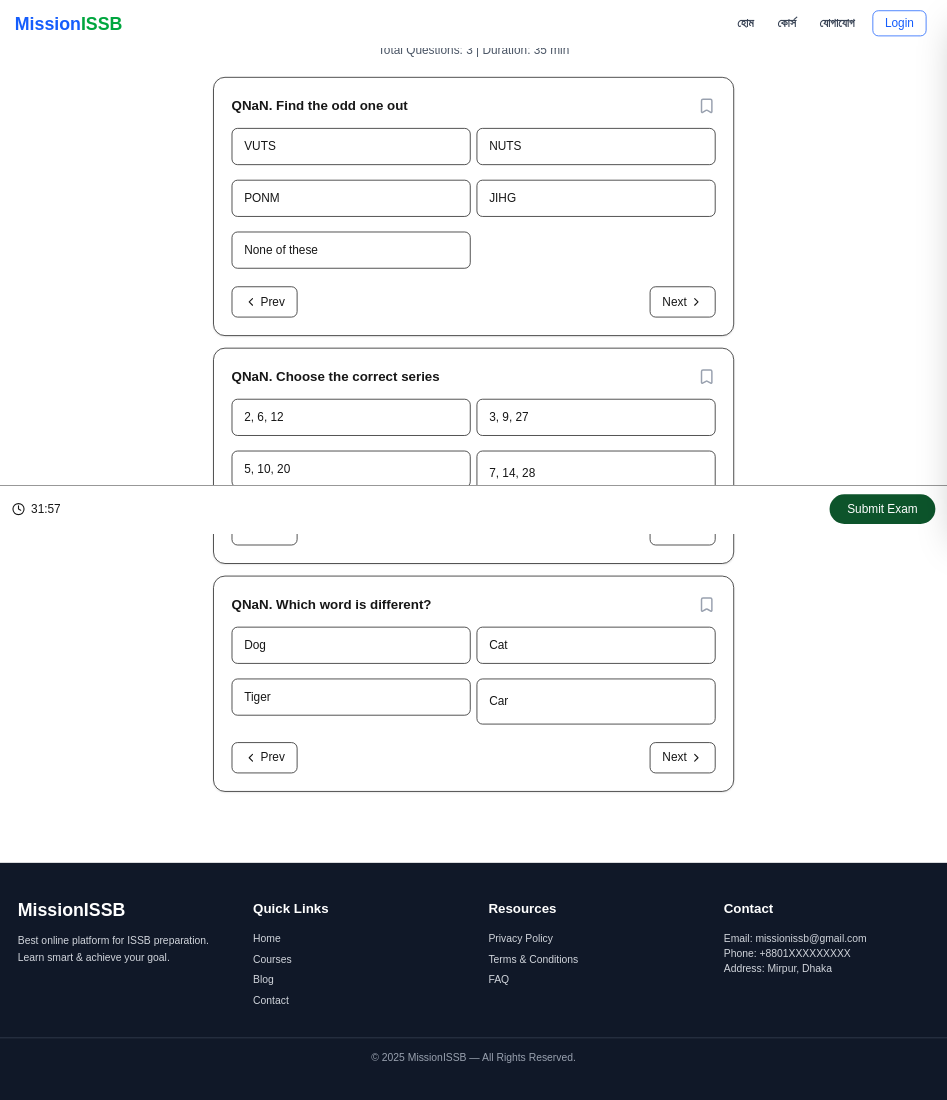
Repository: mdmuhibullahhabib/missionissb
Page: /exam/verbal-model-test-01
The author's editor kept a copy of each file at every save. The page is drawn from the files as they stood at one save, then again after the next save.
The browser window is 1280 px wide. The pictures show the whole page, at 74% of full size.
The page's requests for data from a server got no answer. The project was rebuilt for these pictures with package versions that can differ from the ones it lists, and the page was loaded fresh each time. The framework's server and built-in components were replaced by stand-ins that run in the browser. No one was signed in, and anything a server would have sent is missing. Also part of the build but not shown: next.config.mjs, app/exam/[id]/components/SubmitModal.jsx.

Above is the page before, as saved 2025-12-15 17:27:29.

After the next save:
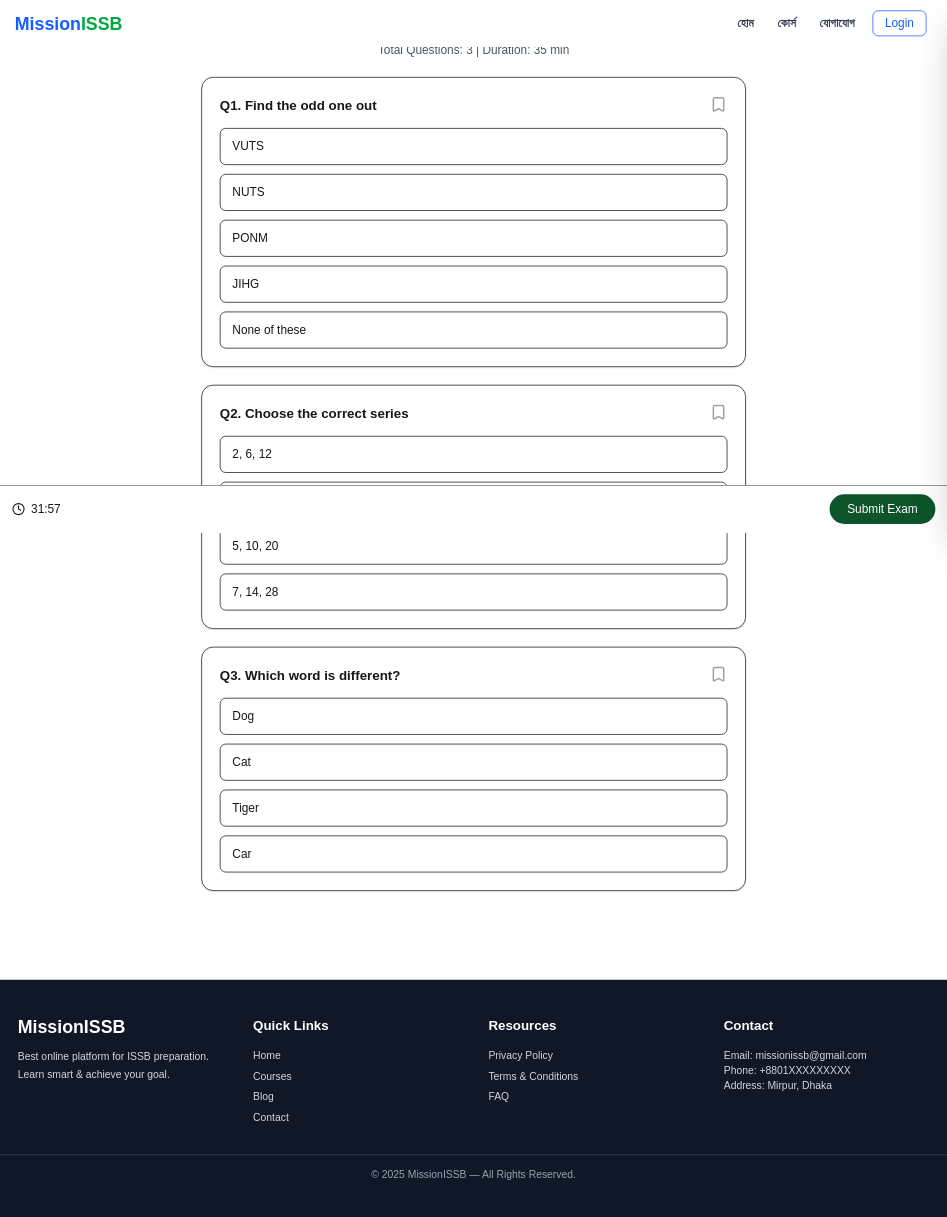
Saved 46 s later.
--- a/app/exam/[id]/components/McqCard.jsx
+++ b/app/exam/[id]/components/McqCard.jsx
@@ -1,65 +1,41 @@
 "use client";
 
-import { Bookmark, ChevronLeft, ChevronRight } from "lucide-react";
+import { Bookmark } from "lucide-react";
 
 const McqCard = ({
+  index,
   question,
   options,
-  currentQ,
-  totalQuestions,
   selectedAnswer,
   onSelect,
-  onPrev,
-  onNext,
 }) => {
   return (
-    <div className="max-w-3xl mx-auto px-4">
-      <div className="border rounded-2xl p-6 shadow-sm">
+    <div className="border rounded-2xl p-6 shadow-sm mb-6">
 
-        {/* Question Header */}
-        <div className="flex justify-between items-center mb-4">
-          <h2 className="font-semibold text-lg">
-            Q{currentQ + 1}. {question}
-          </h2>
-          <Bookmark className="text-gray-400 cursor-pointer" />
-        </div>
+      {/* Question */}
+      <div className="flex justify-between items-start mb-4">
+        <h2 className="font-semibold text-lg">
+          Q{index + 1}. {question}
+        </h2>
+        <Bookmark className="text-gray-400 cursor-pointer" />
+      </div>
 
-        {/* Options */}
-        <div className="space-y-3 gap-2 grid md:grid-cols-2">
-          {options.map((opt, idx) => (
-            <button
-              key={idx}
-              onClick={() => onSelect(idx)}
-              className={`w-full text-left px-4 py-3 border rounded-lg transition
-                ${
-                  selectedAnswer === idx
-                    ? "bg-green-100 border-green-500"
-                    : "hover:bg-gray-50"
-                }`}
-            >
-              {opt}
-            </button>
-          ))}
-        </div>
-
-        {/* Navigation */}
-        <div className="flex justify-between mt-6">
+      {/* Options */}
+      <div className="space-y-3">
+        {options.map((opt, idx) => (
           <button
-            onClick={onPrev}
-            disabled={currentQ === 0}
-            className="flex items-center gap-1 px-4 py-2 border rounded-lg disabled:opacity-40"
+            key={idx}
+            onClick={() => onSelect(idx)}
+            className={`w-full text-left px-4 py-3 border rounded-lg transition
+              ${
+                selectedAnswer === idx
+                  ? "bg-green-100 border-green-600"
+                  : "hover:bg-gray-50"
+              }`}
           >
-            <ChevronLeft size={18} /> Prev
+            {opt}
           </button>
-
-          <button
-            onClick={onNext}
-            disabled={currentQ === totalQuestions - 1}
-            className="flex items-center gap-1 px-4 py-2 border rounded-lg disabled:opacity-40"
-          >
-            Next <ChevronRight size={18} />
-          </button>
-        </div>
+        ))}
       </div>
     </div>
   );
